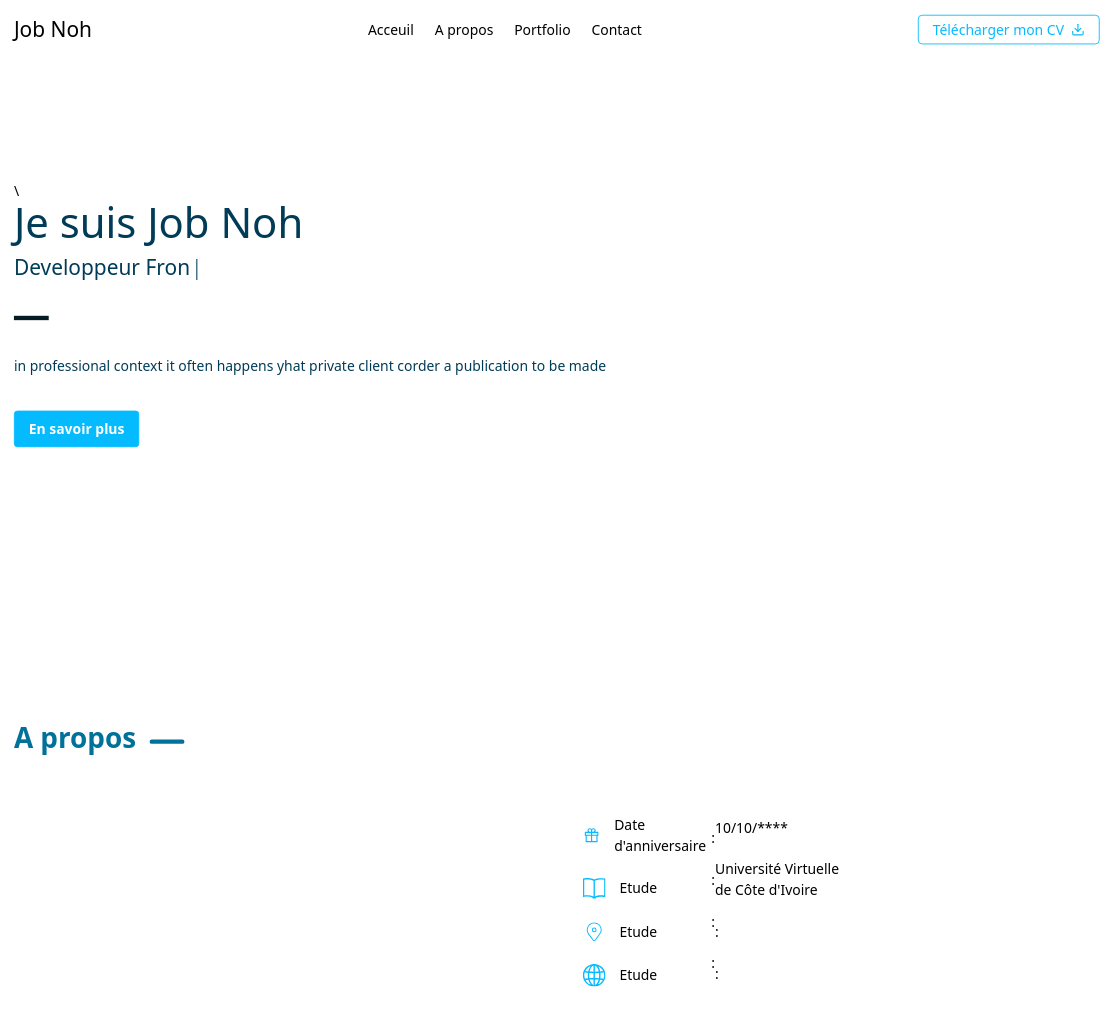
Repository: anoy1010/Nextportfolio
Page: /
The author's editor kept a copy of each file at every save. The page is drawn from the files as they stood at one save, then again after the next save.
The browser window is 1280 px wide. The pictures show the whole page, at 87% of full size.
Backgrounds fixed to the window are drawn as part of the page. The project was rebuilt for these pictures with package versions that can differ from the ones it lists, and the page was loaded fresh each time. The framework's server and built-in components were replaced by stand-ins that run in the browser. Also part of the build but not shown: next.config.js, styles/Home.module.css.

Above is the page before, as saved 2023-03-06 17:48:15.

### pages/index.js
import Head from 'next/head'
import Image from 'next/image'
import { Inter } from '@next/font/google'
import styles from '../styles/Home.module.css'
import Navbar from '../components/Navbar'
import Hero from '../components/Hero'
import About from '../components/About'
const inter = Inter({ subsets: ['latin'] })

export default function Home() {
  return (
    <>
      <Head>
        <title>Portfolio | Noh Job</title>
        <meta name="description" content="Generated by create next app" />
        <meta name="viewport" content="width=device-width, initial-scale=1" />
        <link rel="icon" href="/favicon.ico" />
      </Head>

      <header>
        < Navbar />
      </header>

      <main>
        <Hero />
        <About/>
      </main>

    </>
  )
}

### styles/globals.css
@tailwind base;
@tailwind components;
@tailwind utilities;

@layer components {
  .btn{
    @apply bg-[#04bbff] text-white py-2 px-4 rounded inline-block mt-10 font-bold border border-[#04bbff] hover:bg-transparent hover:text-[#04bbff] transition duration-200
  }
}

### components/Navbar.js
import Link from 'next/link'
import React from 'react'
import {FiDownload} from 'react-icons/fi'
import {RiMenu5Line} from 'react-icons/ri'

const Navbar = () => {
  return (
    <div className='bg-white fixed top-0 w-[100%] z-10 '>
        <div className='container mx-auto flex justify-between items-center py-4 px-4'>
            <div className='text-[24px]'>Job Noh</div>

            <div className='hidden md:flex gap-6'>

                <Link href='/Acceuil' className='hover:text-[#04bbff]'>
                    Acceuil
                </Link>
                <Link href='/A propos' className='hover:text-[#04bbff]' >
                    A propos
                </Link>
                <Link href='/Portfolio' className='hover:text-[#04bbff]'>
                    Portfolio
                </Link>
                <Link href='/Contact' className='hover:text-[#04bbff]'>
                    Contact
                </Link>



            </div>

            <a href='#' className='hidden  md:flex border border-[#04bbff] px-4 py-1 text-[#04bbff] rounded-[5px] items-center gap-2 hover:bg-[#04bbff] hover:text-white transition duration-200 '>
                Télécharger mon CV
                <FiDownload/>
                </a>

            <div className='md:hidden text-[24px] '>
                <RiMenu5Line/>
            </div>
        </div>
    </div>
  )
}

export default Navbar

### components/Hero.js
import React from 'react'

import Typewriter, { TypewriterClass } from "typewriter-effect"
import Button from '../components/Button'

const Hero = () => {
  return (
    <div className='bg-[url("")] h-screen bg-cover bg-center bg-fixed flex items-center'>
        <div className='container mx-auto px-4'>\
            <div className='max-x-[450px] text-[#003c57] flex flex-col gap-[40px]'>
                <div>
                    <h1 className='text-5xl'>
                        Je suis Job Noh
                    </h1>
                    <h4 className=' text-2xl mt-3'>
                        <Typewriter
                            options = {{
                                strings: [
                                    "Developpeur Front-end",
                                    "Developpeur Back-end",
                                    "Analyste de donnée",
                                    "Chef de projet",
                                    "Graphic designer",
                                    "Developpeur mobile"
                                ],
                                changeDelay:3,
                                changeDeleteSpeed:2,
                                autoStart:true,
                                loop:true,
                            }}
                        />
                    </h4>
                </div>

                <div className='bg-[#051c24] h-[5px] w-[40px] '>
                </div>

                <div>
                    <p>
                    in professional context it often happens yhat private client
                    corder a publication to be made
                    </p>
                    <Button link="#" text="En savoir plus" />
                </div>

            </div>

        </div>
    </div>
  )
}

export default Hero

### components/About.js
import React from 'react'
import Heading from './Heading'


import {AiOutlineGift} from 'react-icons/ai'
import {TfiBook} from 'react-icons/tfi'
import {SlGlobe} from 'react-icons/sl'
import {CiLocationOn} from 'react-icons/ci'

const About = () => {
  return (
    <section className='container mx-auto py-10 px-4'>

        <Heading title="A propos"/>

        <div className='grid grid-cols-1 md:grid-cols-2 gap-[60px]'>

            <div>
                <img className='w-[400px]' src="/" alt="" />
            </div>
            <div>
                <div className='flex items-center justify-between w-[300px]'>
                    <div className='flex flex-col gap-6'>

                        <div className='flex gap-4 items-center font-medium '>
                            <AiOutlineGift className='text-[#04bbff] text-[26px]' />
                            Date d'anniversaire
                        </div>
                        <div className='flex gap-4 items-center font-medium '>
                            <TfiBook className='text-[#04bbff] text-[26px]' />
                            Etude
                        </div>
                        <div className='flex gap-4 items-center font-medium '>
                            <CiLocationOn className='text-[#04bbff] text-[26px]' />
                            Etude
                        </div>
                        <div className='flex gap-4 items-center font-medium '>
                            <SlGlobe className='text-[#04bbff] text-[26px]' />
                            Etude
                        </div>

                    </div>

                    <div className='flex flex-col gap-6 text-[#051c24]-600'>
                        <div>:</div>
                        <div>:</div>
                        <div>:</div>
                        <div>:</div>

                    </div>

                    <div className='flex flex-col gap-6 text-[#051c24]-600'>
                        <div>10/10/****</div>
                        <div>Université Virtuelle de Côte d'Ivoire</div>
                        <div>:</div>
                        <div>:</div>

                    </div>

                </div>
            </div>
        </div>

    </section>
  )
}

export default About

### components/Button.js
import React from 'react'

const Button = ({text, link}) => {
  return (
    <a href={link}className='btn'>{text}</a>
  )
}

export default Button

### components/Heading.js
import React from 'react'

const Heading = ({title}) => {
  return (
    <div className='text-[#007198] text-[32px] font-bold flex items-center gap-4 py-16'>
        {title}
        <div className='bg-[#007198] h-[5px] w-[40px] translate-y-1 rounded'></div>
    </div>
  )
}

export default Heading

Loaded but not shown: pages/_app.js (common file); pages/_document.js (common file); tailwind.config.js (common file)

After the next save:
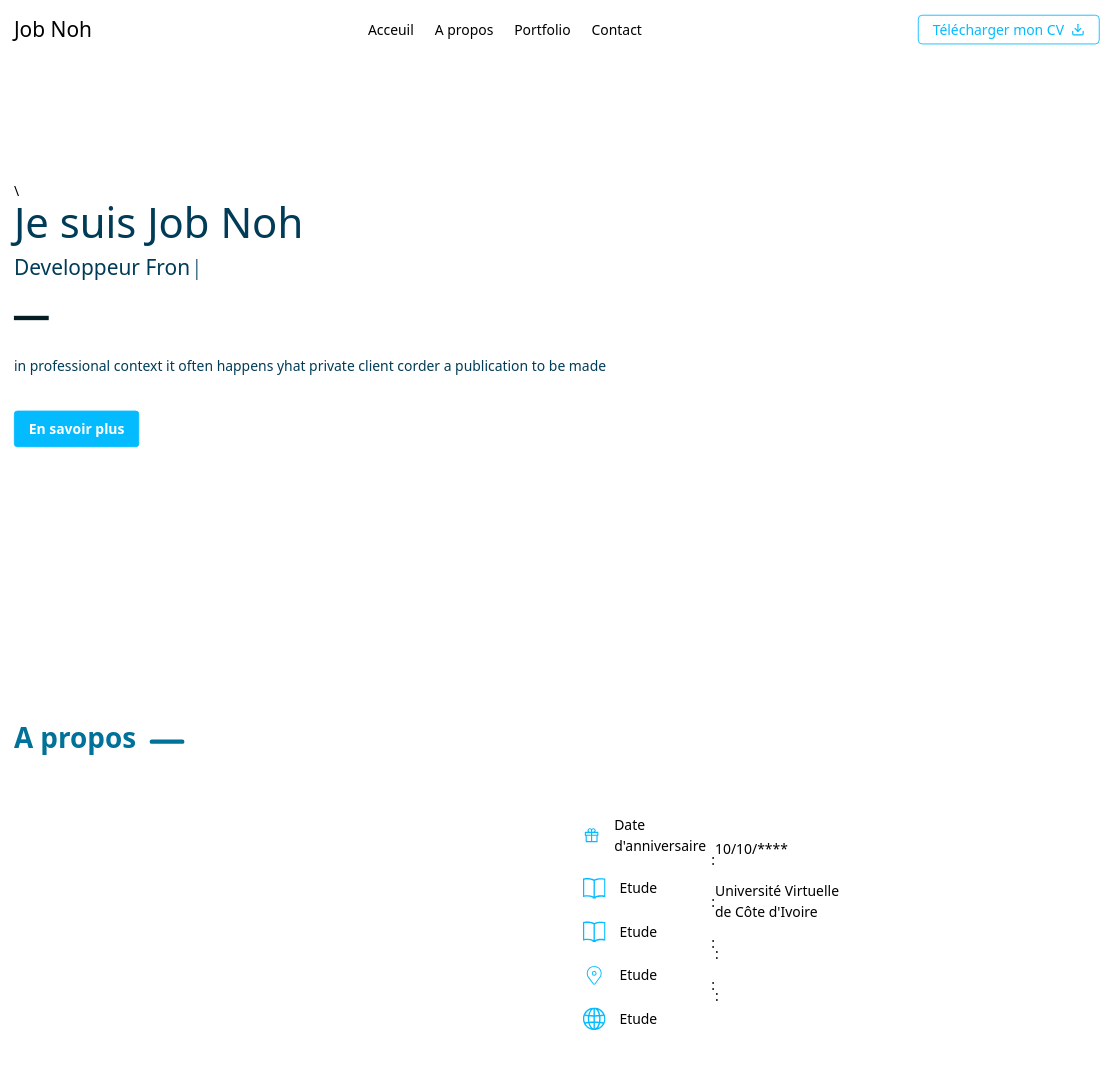
Saved 52 s later.
--- a/components/About.js
+++ b/components/About.js
@@ -25,6 +25,10 @@ const About = () => {
                         <div className='flex gap-4 items-center font-medium '>
                             <AiOutlineGift className='text-[#04bbff] text-[26px]' />
                             Date d'anniversaire
+                        </div>
+                        <div className='flex gap-4 items-center font-medium '>
+                            <TfiBook className='text-[#04bbff] text-[26px]' />
+                            Etude
                         </div>
                         <div className='flex gap-4 items-center font-medium '>
                             <TfiBook className='text-[#04bbff] text-[26px]' />
